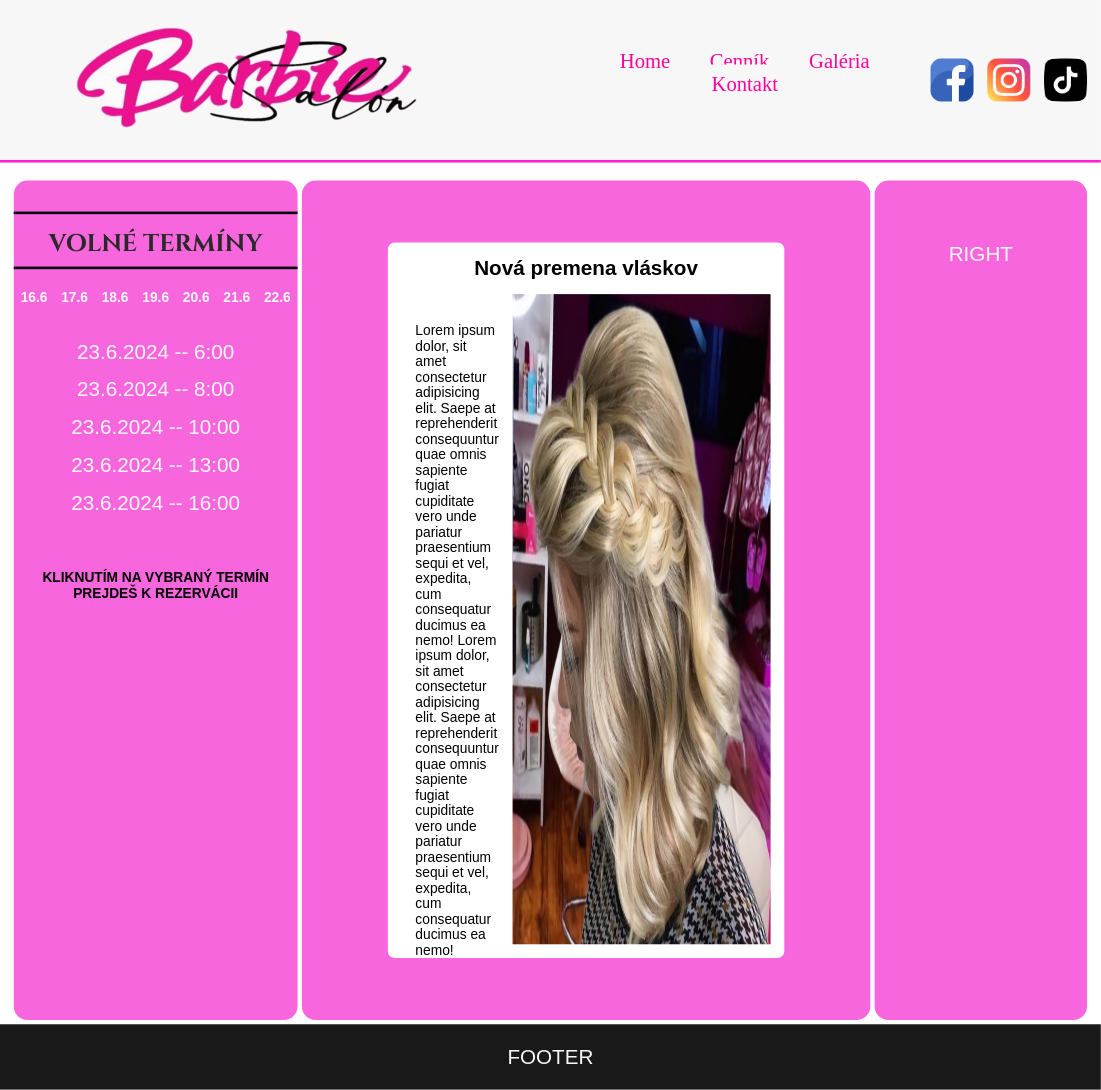
Repository: Badynko/Barbie-salon
Page: index.html
An editor plug-in stored every save of this project. The page is shown before and after the next save, followed by the edit.
The browser window is 1280 px wide. The pictures show the whole page, at 86% of full size.
Some web fonts or font styles are not loaded; a fallback is used.

Above is the page before, as saved 2024-08-04 19:16:16.

After the next save:
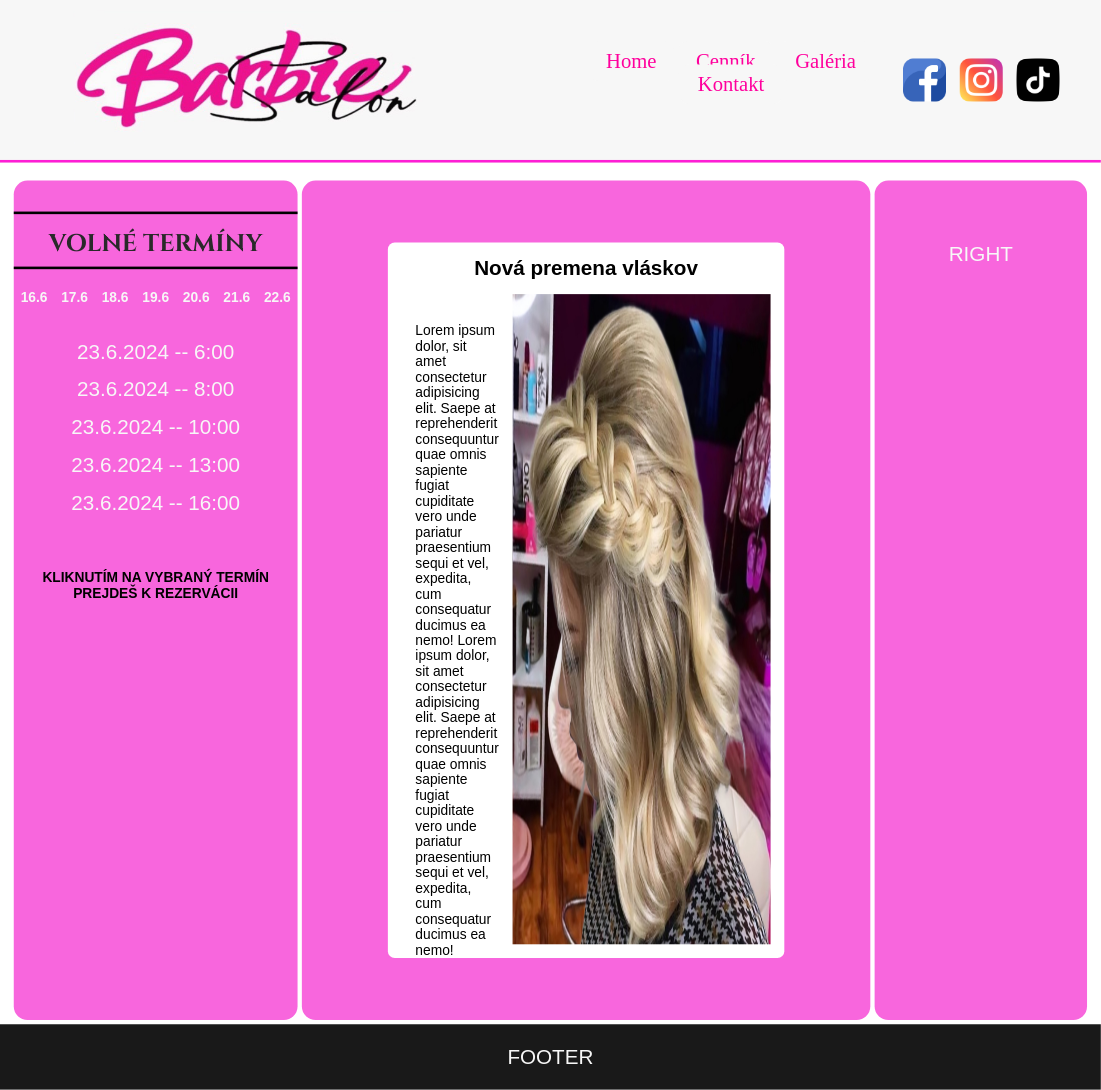
Saved 6 s later.
--- a/css/style.css
+++ b/css/style.css
@@ -207,7 +207,7 @@
 }
 
 .social {
-  margin-right: 1rem;
+  margin-right: 3rem;
   display: flex;
   flex: 1 1;
   flex-direction: row;
